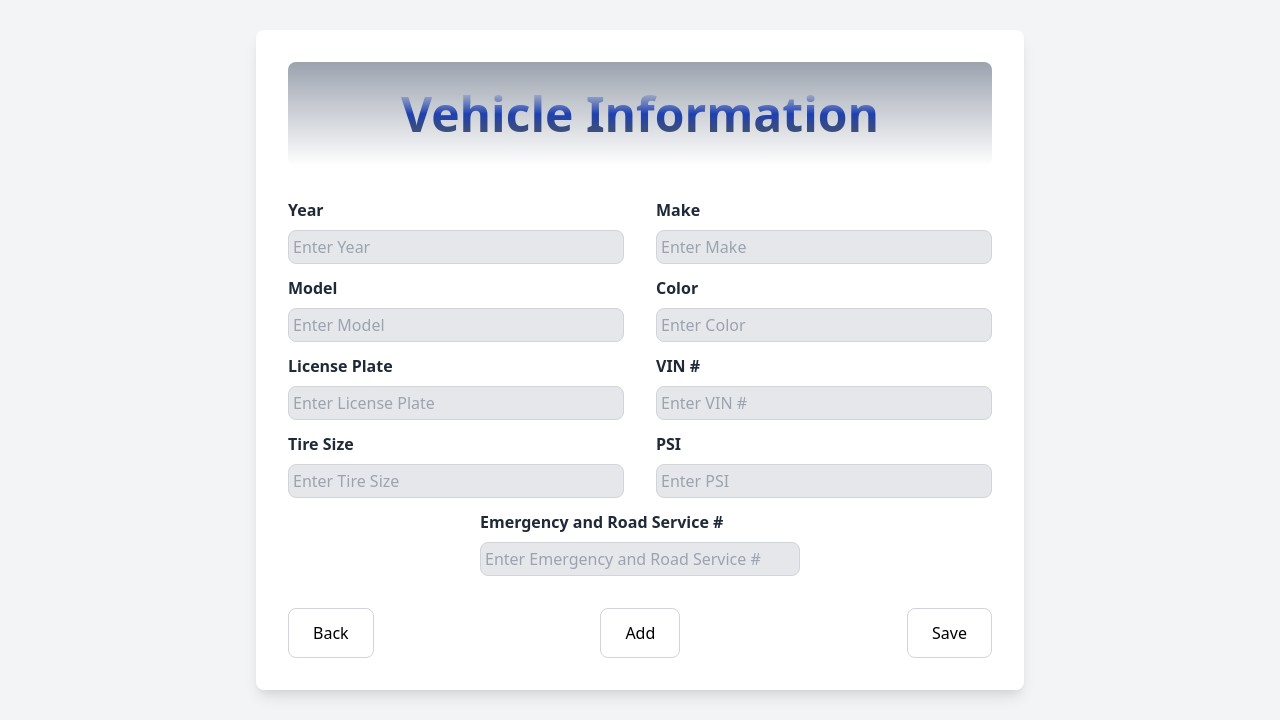
Repository: MercyB19/Russaw_Mercy_Adulting-101_Capstone
Page: page3.html
An editor plug-in stored every save of this project. The page is shown before and after the next save, followed by the edit.
The browser window is 1280 px wide. The pictures show the whole page.
Some web fonts or font styles are not loaded; a fallback is used.

Above is the page before, as saved 2024-07-23 20:21:21.

After the next save:
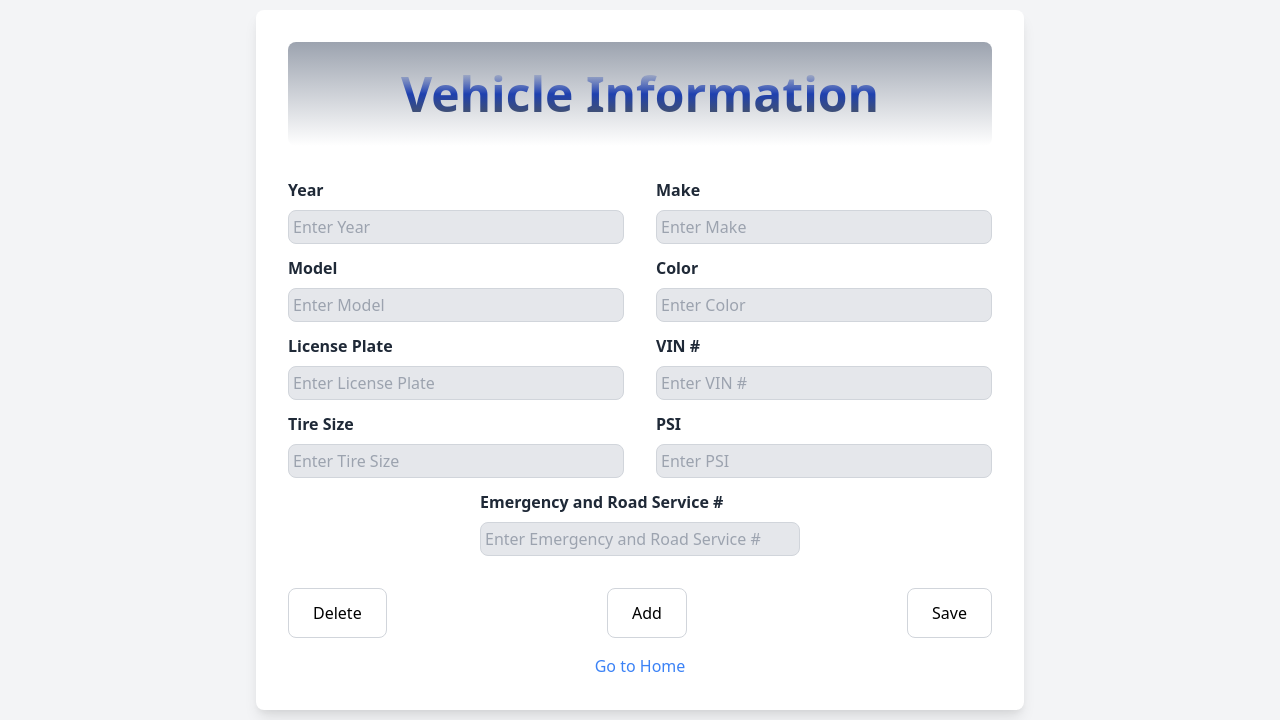
Saved 21 min 32 s later.
--- a/page3.html
+++ b/page3.html
@@ -64,9 +64,12 @@
         <input class="p-1 bg-gray-200 border border-gray-300 rounded-lg" type="text" id="emergency" placeholder="Enter Emergency and Road Service #">
       </div>
       <div class="w-full flex justify-between gap-4">
-        <button class="py-3 px-6 bg-white border border-gray-300 rounded-lg hover:bg-gray-100">Back</button>
+        <button class="py-3 px-6 bg-white border border-gray-300 rounded-lg hover:bg-gray-100">Delete</button>
         <button class="py-3 px-6 bg-white border border-gray-300 rounded-lg hover:bg-gray-100">Add</button>
         <button class="py-3 px-6 bg-white border border-gray-300 rounded-lg hover:bg-gray-100">Save</button>
+      </div>
+      <div class="text-center mt-4">
+        <a href="page2.html" class="text-blue-500 hover:underline">Go to Home</a>
       </div>
     </form>
   </div>
